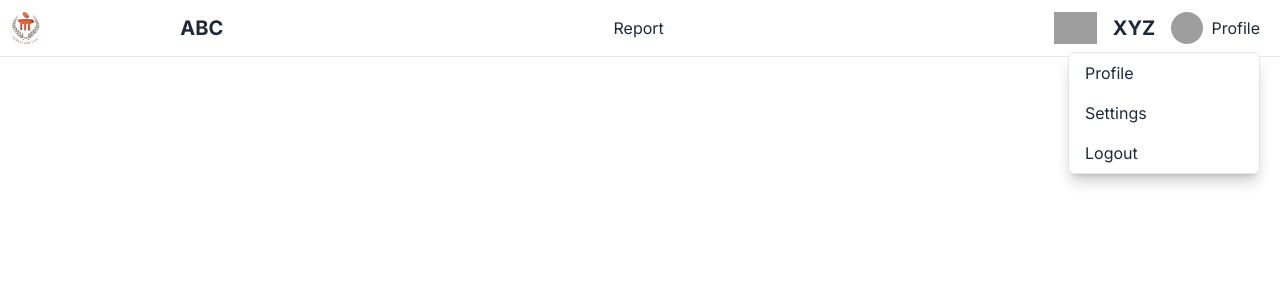
Repository: gauravbhindwar/mentorlink
Page: /pages/admin/admindashboard
These files come from the project's save history. The page is drawn as it stood at one moment and after the next save; the edit follows.
The browser window is 1280 px wide. The pictures show the whole page.
Pictures or frames that could not be fetched are drawn as grey boxes. The project was rebuilt for these pictures with package versions that can differ from the ones it lists, and the page was loaded fresh each time. The framework's server and built-in components were replaced by stand-ins that run in the browser. Also part of the build but not shown: next.config.js, next.config.ts.

Above is the page before, as saved 2024-11-06 16:13:00.

### src/app/layout.tsx
import type { Metadata } from "next";
import { Inter } from "next/font/google";
import "./globals.css";

const inter = Inter({ subsets: ["latin"] });

export const metadata: Metadata = {
  title: "Faculty Subject Selector",
  description: "By: MUJ",
};

export default function RootLayout({
  children,
}: Readonly<{
  children: React.ReactNode;
}>) {
  return (
    <html lang="en" suppressHydrationWarning>
      <body className={inter.className} suppressHydrationWarning>
        <div>{children}</div>
      </body>
    </html>
  );
}

### src/app/pages/admin/layout.tsx
import type { Metadata } from "next";
import { Inter } from "next/font/google";
import "@/app/globals.css";
import Navbar from "@/components/subComponents/Navbar";

const inter = Inter({ subsets: ["latin"] });

export const metadata: Metadata = {
  title: "MentorLink",
  description: "By: SDC",
};

export default function RootLayout({
  children,
}: Readonly<{
  children: React.ReactNode;
}>) {
  return (
        <div>
            <Navbar />

            {children}

        </div>
  );
}

### src/app/pages/admin/admindashboard/page.jsx
import React from 'react'
import AdminDashboard from '../../../../components/AdminDash/AdminDashboard'
import Navbar from '../../../../components/subComponents/Navbar';

const page = () => {
  return (
    <>
    <Navbar/>
    <div>
    <AdminDashboard  />
    </div>
    </>
  )
}

export default page

### src/components/subComponents/Navbar.jsx
import React from 'react'
import Image from 'next/image'

const Navbar = () => {
    return (
        <>
            <nav className="fixed top-0 z-50 w-full bg-white border-b border-gray-200 dark:bg-gray-800 dark:border-gray-700">
                <div className="px-3 py-3 lg:px-5 lg:pl-3">
                    <div className="flex items-center justify-between">
                        {/* Left Logo */}
                        <div className="flex items-center">
                            <Image src="/path/to/muj-logo.png" alt="MUJ Logo" className="h-8 w-auto" width={32} height={32} />
                            <span className="ml-2 text-xl font-bold text-gray-800 dark:text-white">ABC</span>
                        </div>

                        {/* Middle Section */}
                        <div className="flex items-center space-x-4">
                            <a href="/report" className="text-gray-800 dark:text-white hover:underline">Report</a>
                        </div>

                        {/* Right Section */}
                        <div className="flex items-center space-x-4">
                            <Image src="/path/to/sdc-logo.png" alt="SDC Logo" className="h-8 w-auto" width={32} height={32} />
                            <span className="ml-2 text-xl font-bold text-gray-800 dark:text-white">XYZ</span>
                            <div className="relative">
                                <button className="flex items-center text-gray-800 dark:text-white focus:outline-none">
                                    <Image src="/path/to/profile-pic.jpg" alt="Profile" className="h-8 w-8 rounded-full" width={32} height={32} />
                                    <span className="ml-2">Profile</span>
                                </button>
                                {/* Dropdown Menu */}
                                <div className="absolute right-0 mt-2 w-48 bg-white border border-gray-200 rounded-md shadow-lg dark:bg-gray-800 dark:border-gray-700">
                                    <a href="/profile" className="block px-4 py-2 text-gray-800 dark:text-white hover:bg-gray-100 dark:hover:bg-gray-700">Profile</a>
                                    <a href="/settings" className="block px-4 py-2 text-gray-800 dark:text-white hover:bg-gray-100 dark:hover:bg-gray-700">Settings</a>
                                    <a href="/logout" className="block px-4 py-2 text-gray-800 dark:text-white hover:bg-gray-100 dark:hover:bg-gray-700">Logout</a>
                                </div>
                            </div>
                        </div>
                    </div>
                </div>
            </nav>
        </>
    )
}

export default Navbar

Loaded but not shown: src/app/globals.css (common file); src/components/AdminDash/AdminDashboard.jsx (common file); tailwind.config.ts (common file)

After the next save:
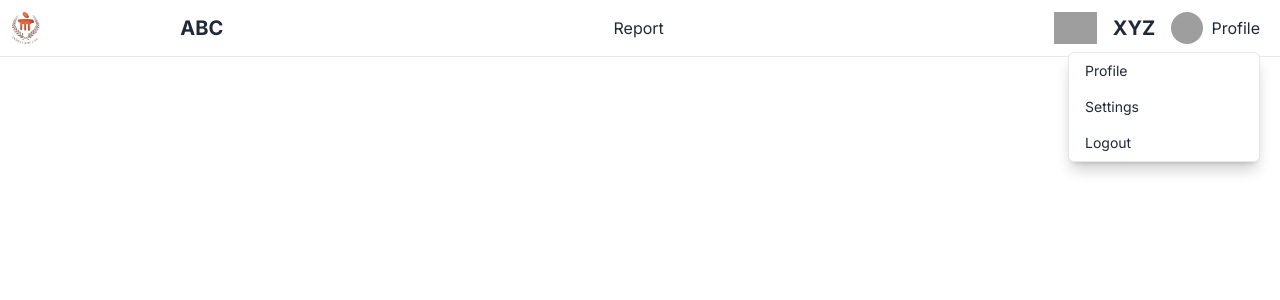
Saved 56 s later.
--- a/src/components/subComponents/Navbar.jsx
+++ b/src/components/subComponents/Navbar.jsx
@@ -29,9 +29,9 @@ const Navbar = () => {
                                 </button>
                                 {/* Dropdown Menu */}
                                 <div className="absolute right-0 mt-2 w-48 bg-white border border-gray-200 rounded-md shadow-lg dark:bg-gray-800 dark:border-gray-700">
-                                    <a href="/profile" className="block px-4 py-2 text-gray-800 dark:text-white hover:bg-gray-100 dark:hover:bg-gray-700">Profile</a>
-                                    <a href="/settings" className="block px-4 py-2 text-gray-800 dark:text-white hover:bg-gray-100 dark:hover:bg-gray-700">Settings</a>
-                                    <a href="/logout" className="block px-4 py-2 text-gray-800 dark:text-white hover:bg-gray-100 dark:hover:bg-gray-700">Logout</a>
+                                    <a href="/profile" className="block px-4 py-2 text-sm text-gray-800 dark:text-white hover:bg-gray-100 dark:hover:bg-gray-700">Profile</a>
+                                    <a href="/settings" className="block px-4 py-2 text-sm text-gray-800 dark:text-white hover:bg-gray-100 dark:hover:bg-gray-700">Settings</a>
+                                    <a href="/logout" className="block px-4 py-2 text-sm text-gray-800 dark:text-white hover:bg-gray-100 dark:hover:bg-gray-700">Logout</a>
                                 </div>
                             </div>
                         </div>
